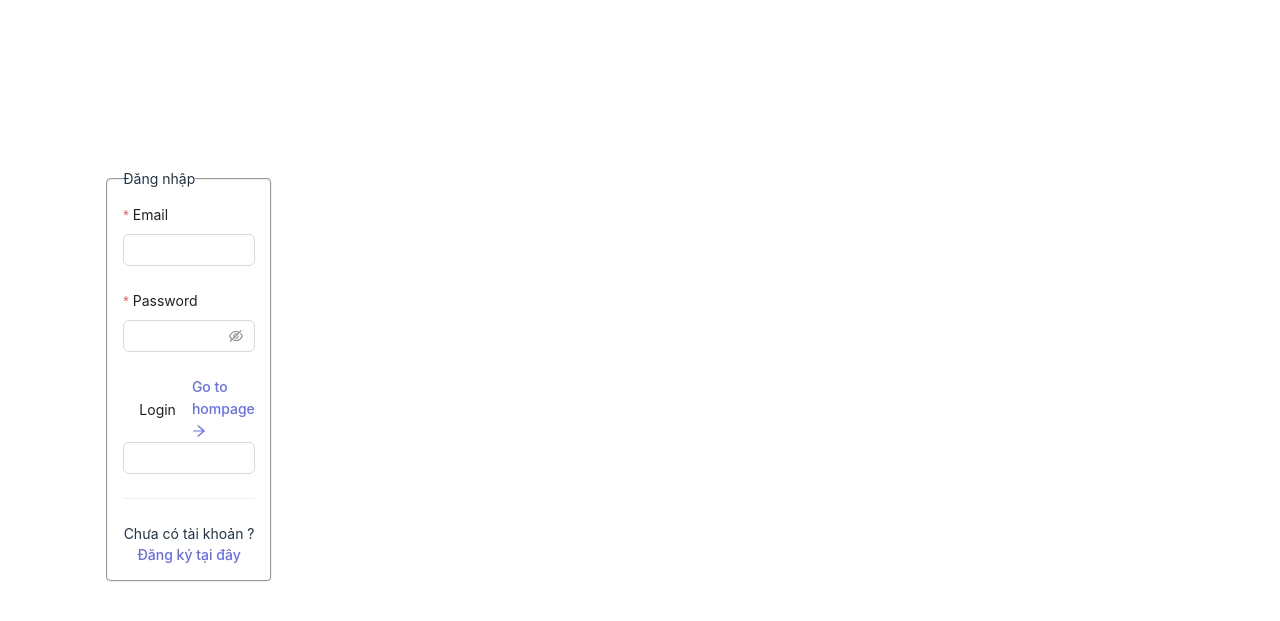
Repository: hoangcode204/react-ultimate-frontend
Page: /login
The author's editor kept a copy of each file at every save. The page is drawn from the files as they stood at one save, then again after the next save.
The browser window is 1280 px wide. The pictures show the whole page.
The project was rebuilt for these pictures with package versions that can differ from the ones it lists, and the page was loaded fresh each time. Also part of the build but not shown: vite.config.js, src/App.css, src/components/layout/header.jsx, src/components/layout/footer.css, src/components/layout/footer.jsx, src/App.jsx, src/services/axios.customizes.js, src/services/api.service.js and 12 more.

Above is the page before, as saved 2024-12-08 21:37:57.

### src/main.jsx
import React from 'react'
import ReactDOM from 'react-dom/client'
import App from './App.jsx'

import './index.css'
import {
  createBrowserRouter,
  RouterProvider,
  } from "react-router-dom";
  import LoginPage from './pages/login.jsx';
  import RegisterPage from './pages/register.jsx';
  import UserPage from './pages/user.jsx';
  import BookPage from './pages/book.jsx';
  import './styles/global.css'
   import TodoApp from './components/todo/TodoApp.jsx';
import ErrorPage from './pages/error.jsx';
  const router = createBrowserRouter([
    {
    path: "/",
    element: <App/>,
    errorElement:<ErrorPage/>,
    children: [
      {
            index:true,
            element:<TodoApp/>
      },
      {
        path:"/users",
        element:<UserPage/>
      },
      {
        path:"/books",
        element:<BookPage/>
      }
    ]
    },
    {
      path:"/login",
      element:<LoginPage/>
    },
    {
      path:"/register",
      element:<RegisterPage/>
    },

    ]);

ReactDOM.createRoot(document.getElementById('root')).render(
  <React.StrictMode>
    {/* <App /> */}
    <RouterProvider router={router} />
  </React.StrictMode>,
)

### src/pages/login.jsx
import { ArrowRightOutlined } from "@ant-design/icons";
import { Button, Input, Form, notification, Row, Col, Divider } from "antd";
import { Link } from "react-router-dom";
const LoginPage = () => {
  const [form] = Form.useForm();
  const onFinish =  (values) => {
    console.log(">>check values: ", values);
  }
    return (
      <Row justify={"center"} style={{ marginTop: "30px" }}>
        <Col xs={24} md={16} lg={8}>
          <fieldset
            style={{
              padding: "15px",
              margin: "5px",
              border: "1px soild #ccc",
              borderRadius: "5px",
            }}
          >
            <legend>Đăng nhập</legend>
            <Form form={form} layout="vertical" onFinish={onFinish}>
              <Form.Item
                label="Email"
                name="email"
                rules={[
                  {
                    required: true,
                    message: "Email không được để trống",
                  },
                  {
                    type: "email",
                    message: "Email không đúng định dạng!",
                  },
                ]}
              >
                <Input />
              </Form.Item>
              <Form.Item
                label="Password"
                name="password"
                rules={[
                  {
                    required: true,
                    message: "Password không được để trống!",
                  },
                ]}
              >
                <Input.Password />
              </Form.Item>
              <Form.Item>
                <div
                  style={{
                    display: "flex",
                    justifyContent: "space-between",
                    alignItems: "center",
                  }}>
                  <Button type="primary " onClick={() => form.submit()}>
                    Login
                  </Button>
                  <Link to="/"> Go to hompage <ArrowRightOutlined /></Link>
                </div>
                <Input />
              </Form.Item>
            </Form>
            <Divider/>
            <div style={{textAlign:"center"}}>
                Chưa có tài khoản ? <Link to={"/register"}>Đăng ký tại đây</Link>
            </div>
          </fieldset>
        </Col>
      </Row>
    );
  };
export default LoginPage;

### src/styles/global.css
/* global.css */
* {
    margin: 0;
    padding: 0;
  }

Loaded but not shown: index.html (common file); src/index.css (common file)

After the next save:
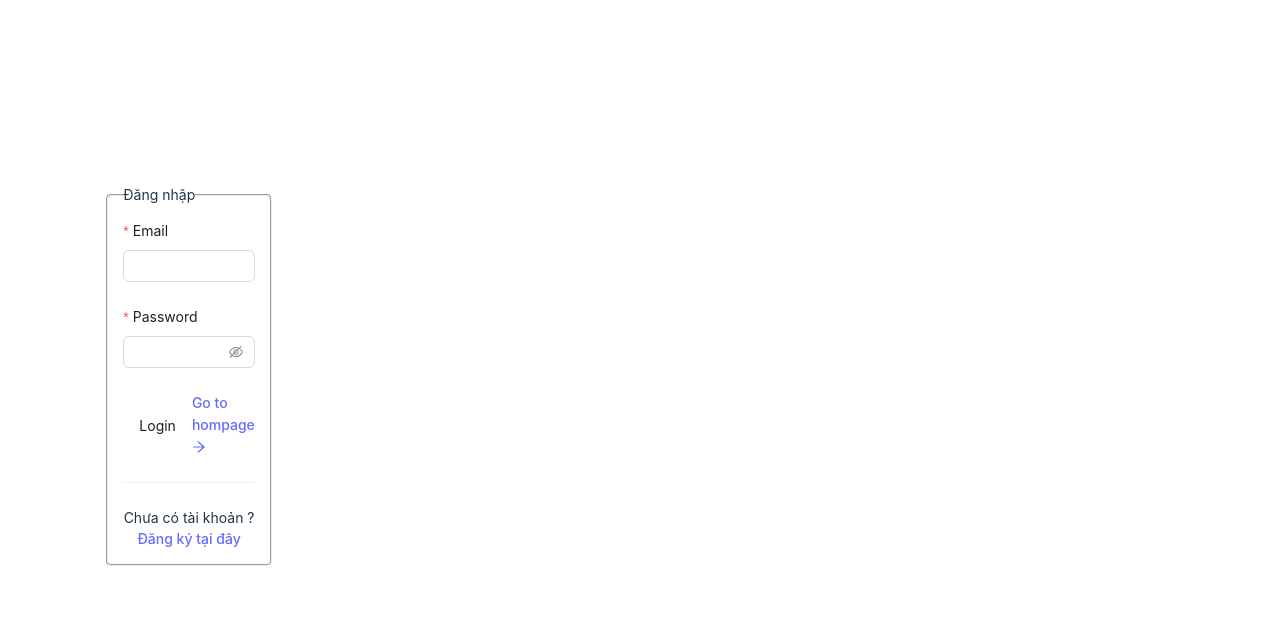
Saved 4 s later.
--- a/src/pages/login.jsx
+++ b/src/pages/login.jsx
@@ -59,7 +59,6 @@ const LoginPage = () => {
                   </Button>
                   <Link to="/"> Go to hompage <ArrowRightOutlined /></Link>
                 </div>
-                <Input />
               </Form.Item>
             </Form>
             <Divider/>
